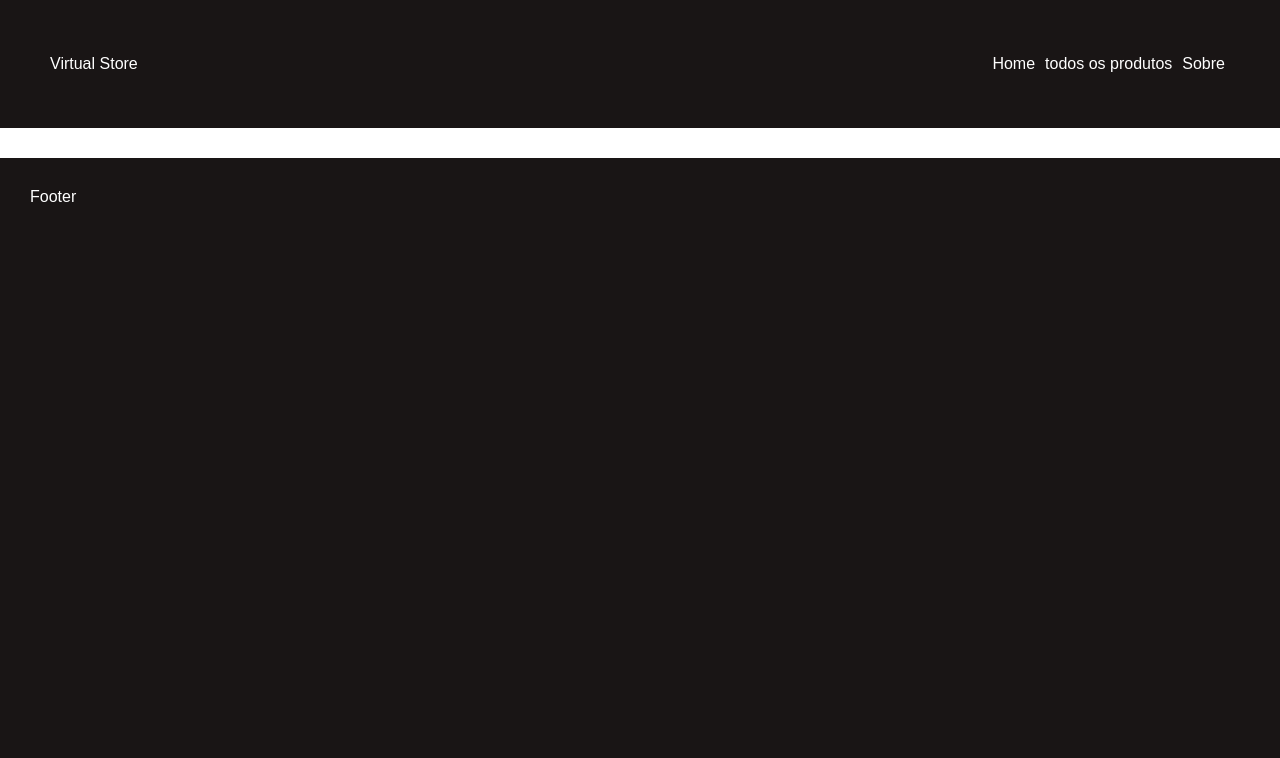
Repository: meiotera/virtuL-store
Page: /lista-de-produtos
These files come from the project's save history. The page is drawn as it stood at one moment and after the next save; the edit follows.
The browser window is 1280 px wide. The pictures show the whole page.
The page's requests for data from a server got no answer. The project was rebuilt for these pictures with package versions that can differ from the ones it lists, and the page was loaded fresh each time. No one was signed in, and anything a server would have sent is missing. Also part of the build but not shown: vite.config.js, src/pages/Home.jsx, src/styles/ProductCard.module.css, src/styles/Button.module.css, src/components/Button.jsx, src/components/ProductCard.jsx, src/styles/ProductDetail.module.css, src/pages/ProductDetail.jsx.

Above is the page before, as saved 2025-04-08 18:30:29.

### src/index.css
* {
  margin: 0;
  padding: 0;
  list-style: none;

  font-family: Arial, Helvetica, sans-serif;
  text-decoration: none;
  box-sizing: border-box;
}

body {
  margin: 0 auto;
}

### src/App.jsx
import { BrowserRouter, Link, Route, Routes } from 'react-router-dom';
import Header from './components/Header';
import Main from './components/Main';
import Footer from './components/Footer';
import Home from './pages/Home';
import ProductList from './pages/ProductList';
import ProductDetail from './pages/ProductDetail';

function App() {
  return (
    <BrowserRouter>
      <Header />

      <Main>
        <Routes>
          <Route path="/" element={<Home />} />
          <Route path="/lista-de-produtos" element={<ProductList />} />
          <Route
            path="/lista-de-produtos/:title/:id"
            element={<ProductDetail />}
          />
        </Routes>
      </Main>

      <Footer />
    </BrowserRouter>
  );
}

export default App;

### src/components/Header.jsx
import React from 'react';
import styles from '../styles/Header.module.css';

const Header = () => {
  return (
    <header className={styles.header}>
      <div className={styles.containerHeader}>
        <div>Virtual Store</div>

        <div className={styles.navContainer}>
          <nav>
            <a href="">Home</a>
            <a href="">todos os produtos</a>
            <a href="">Sobre</a>
          </nav>
        </div>
      </div>
    </header>
  );
};

export default Header;

### src/components/Main.jsx
import React from 'react';
import styles from '../styles/Main.module.css';

const Main = ({ children }) => {
  return <main className={styles.main}>{children}</main>;
};

export default Main;

### src/components/Footer.jsx
import React from 'react';
import styles from '../styles/Footer.module.css';

const Footer = () => {
  return <footer className={styles.footer}>Footer</footer>;
};

export default Footer;

### src/pages/ProductList.jsx
import React, { useEffect, useState } from 'react';
import { getAllProducts } from '../services/api';
import ProductCard from '../components/ProductCard';

import styles from '../styles/ProductList.module.css';

const ProductList = () => {
  const [products, setProdutcts] = useState([]);

  useEffect(() => {
    const fetchData = async () => {
      const data = await getAllProducts();
      setProdutcts(data);
    };

    fetchData();
  }, []);

  console.log(products);

  return (
    <div className={styles.containerProducts}>
      {products.map((product) => (
        <ProductCard
          key={product.id}
          id={product.id}
          title={product.title}
          image={product.image}
          rating={product.rating}
          price={product.price}
        />
      ))}
    </div>
  );
};

export default ProductList;

### src/styles/Header.module.css
.header {
  background-color: #191515;
  padding: 30px;
  margin-bottom: 30px;
  color: #fff;
}

.containerHeader {
  max-width: 1440px;
  display: flex;
  justify-content: space-between;
  flex-wrap: wrap;
  align-items: center;
  padding: 20px;
  margin: 0 auto;
}

.navContainer nav {
  display: flex;
  align-items: center;
}

.navContainer a {
  padding: 5px;

  color: #fff;
  text-decoration: none;
}

### src/styles/Main.module.css
.main {
  max-width: 1440px;
  margin: 0 auto;
}

### src/styles/Footer.module.css
.footer {
  padding: 30px;
  background-color: #191515;
  color: #fff;

  min-height: 600px;
}

### src/services/api.js
const BASE_URL = 'https://fakestoreapi.com';

// buscar todos os produtos
export const getAllProducts = async () => {
  const res = await fetch(`${BASE_URL}/products`);
  const data = await res.json();

  return data;
};

export const getASingleProduct = async (id) => {
  const res = await fetch(`${BASE_URL}/products/${id}`);
  const data = await res.json();

  return data;
};

### src/styles/ProductList.module.css
.containerProducts {
  display: flex;
  flex-wrap: wrap;
  justify-content: center;
  align-items: center;
  width: 100%;
  gap: 20px;
}

@media (min-width: 960px) {
  .containerProducts {
    justify-content: space-between;
  }
}

Loaded but not shown: index.html (common file); src/main.jsx (common file)

After the next save:
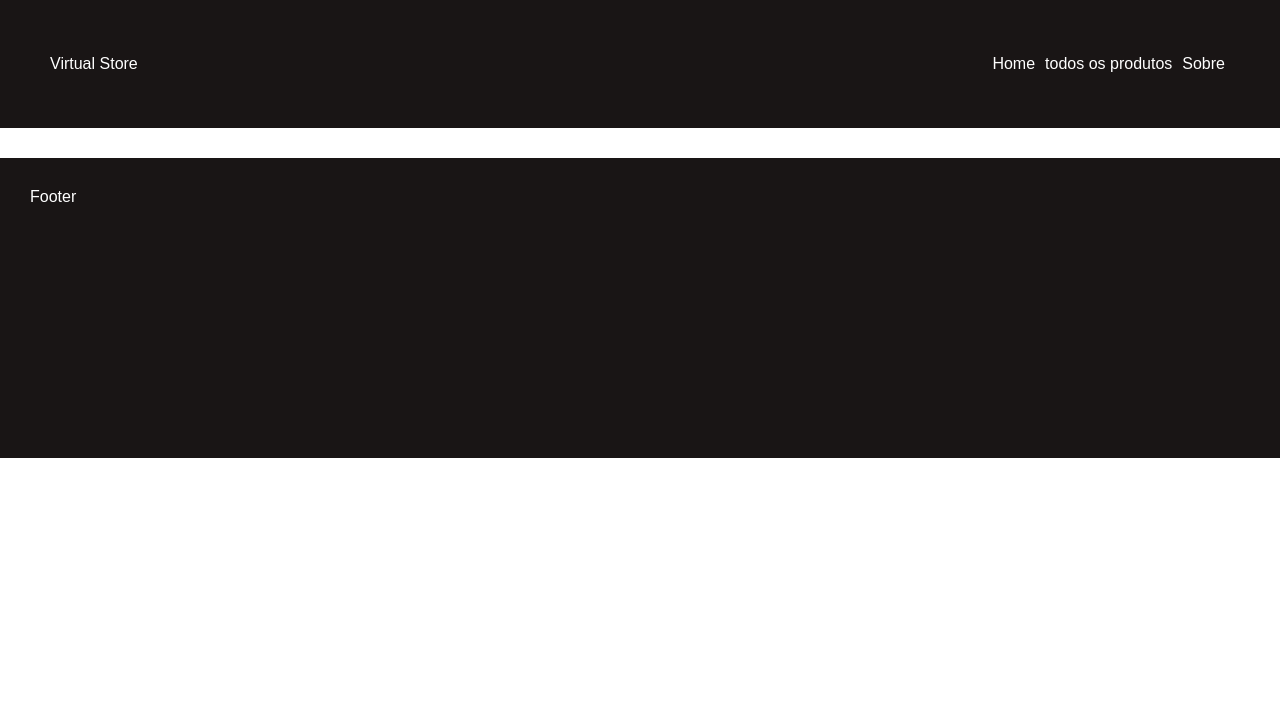
Saved 10 s later.
--- a/src/styles/Footer.module.css
+++ b/src/styles/Footer.module.css
@@ -3,5 +3,5 @@
   background-color: #191515;
   color: #fff;
 
-  min-height: 600px;
+  height: 300px;
 }
